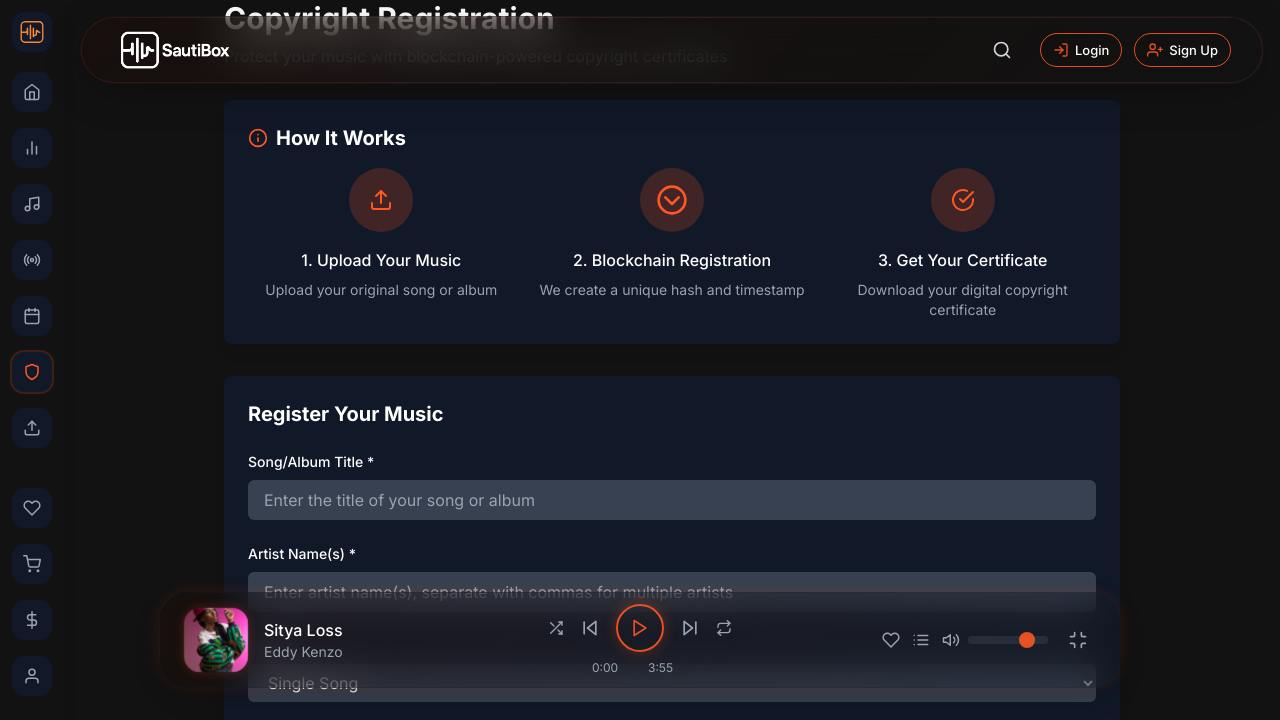
Repository: kaizoku010/sauti-box
Page: /copyright
These files come from the project's save history. The page is drawn as it stood at one moment and after a run of saves; the edit follows.
The browser window is 1280 px wide. The pictures show the whole page.
An inner scrolling area shows only its first screen. The project was rebuilt for these pictures with package versions that can differ from the ones it lists, and the page was loaded fresh each time. The framework's server and built-in components were replaced by stand-ins that run in the browser. Also part of the build but not shown: next.config.mjs, next.config.ts.

Above is the page before, as saved 2025-04-22 11:54:08.

After the next 2 saves:
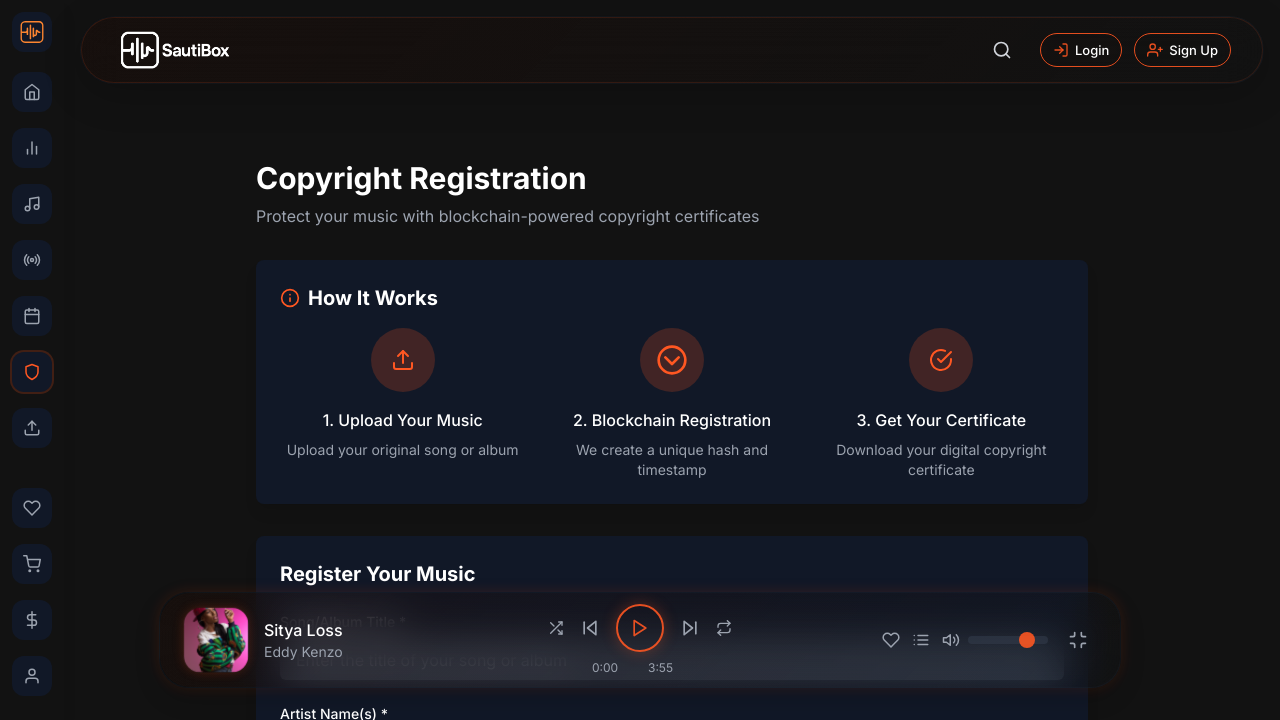
The 2 saves are shown as one change because they came seconds apart.
The last was saved 118 s later.
--- a/src/app/copyright/page.tsx
+++ b/src/app/copyright/page.tsx
@@ -66,7 +66,7 @@
 
   return (
     <MainLayout>
-      <div className="max-w-4xl mx-auto">
+      <div id='page-content' className="max-w-4xl mx-auto">
         <h1 className="text-3xl font-bold mb-2">Copyright Registration</h1>
         <p className="text-gray-400 mb-8">Protect your music with blockchain-powered copyright certificates</p>
 
